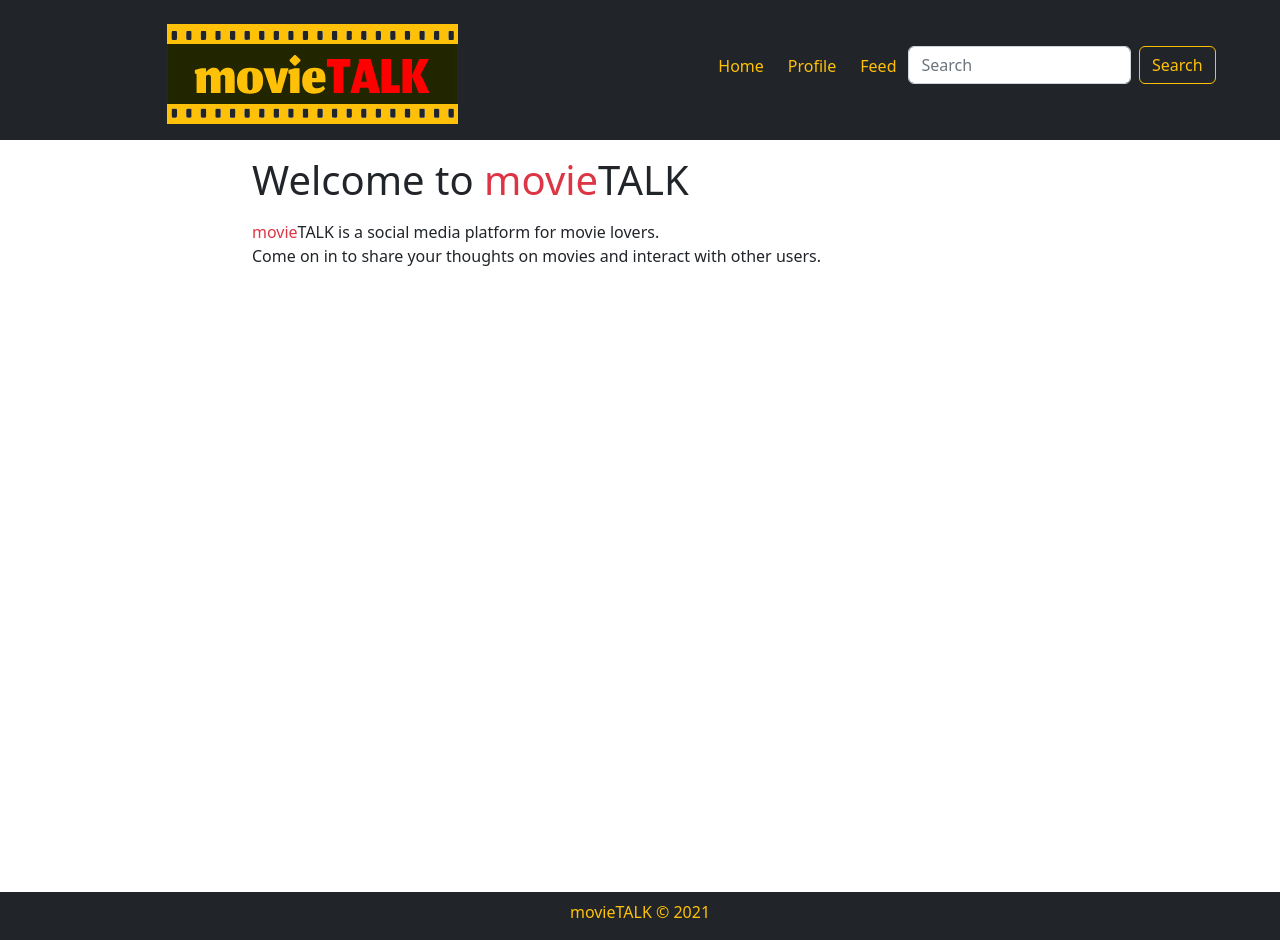
Repository: runeunhjem/css-frameworks-ca
Page: profile/index.html
An editor plug-in stored every save of this project. The page is shown before and after the next save, followed by the edit.
The browser window is 1280 px wide. The pictures show the whole page.
The style sheet was rebuilt from its Sass, Less or Tailwind sources for each picture, by a compiler version that may differ from the author's.

Above is the page before, as saved 2023-08-28 16:00:24.

### profile/index.html
<!DOCTYPE html>
<html lang="en">
<head>
  <meta charset="UTF-8">
  <meta name="viewport" content="width=device-width, initial-scale=1.0">
  <link rel="stylesheet" href="../dist/css/index.css">
  <script src="../js/bootstrap.bundle.min.js" type="module"></script>
  <!-- <script src="js/main.js"></script> -->
  <title>movieTALK | Home</title>
</head>
<body>
<header>
  <nav class="navbar navbar-expand-md pt-4 bg-dark align-items-center">
    <a class="navbar-brand header-logo mb-2" href="../index.html" alt="movieTALK Logo"><span class="visually-hidden">Home</span></a>
    <div class="container-fluid d-flex align-items-start justify-content-center max-width-800 ">
      <div class="row  max-width-800 align-items-center">
        <div class="col-4 justify-content-around col-sm-4 col-md-6 m-1">
          <button class="btn-outline-warning navbar-toggler bg-warning mb-2 me-3" type="button" data-bs-toggle="collapse" data-bs-target="#navbarSupportedContent" aria-controls="navbarSupportedContent" aria-expanded="false" aria-label="Toggle navigation">
            <span class="navbar-toggler-icon"></span>
          </button>
          <div class="collapse navbar-collapse text-primary" id="navbarSupportedContent">
            <ul class="navbar-nav mb-lg-2">
              <li class="nav-item me-2">
                <a class="nav-link text-warning active rounded-2 ps-2" aria-current="page" href="../index.html">Home</a>
              </li>
              <li class="nav-item me-2">
                <a class="nav-link text-warning rounded-2 ps-2" href="index.html">Profile</a>
              </li>
              <li class="nav-item mb-3">
                <a class="nav-link text-warning rounded-2 ps-2" href="../feed/index.html">Feed</a>
              </li>
            </ul>
          </div>
        </div>
      </div>
        <div class="col-8 col-sm-8 col-md-6 d-flex align-items-start justify-content-end">
          <form class="d-flex mt-1" role="search">
            <input class="form-control me-2 max-width-300" type="search" placeholder="Search" aria-label="Search">
            <button class="btn btn-outline-warning" type="submit">Search</button>
          </form>
      </div>
    </div>
    </div>
  </nav>
</header>
<main class="vh-100 mt-3 max-width-800 mx-auto">
  <div class="container">
    <div class="row d-flex justify-content-center">
      <div class="col">
        <h1>Welcome to <span class="text-danger">movie</span>TALK</h1>
        <p class="mt-3 mb-0"><span class="text-danger">movie</span>TALK is a social media platform for movie lovers.</p>
        <p class="mt-0">Come on in to share your thoughts on movies and interact with other users.</p>
      </div>
    </div>
  </div>
</main>
<footer mt-3>
  <div class="container-fluid bg-dark mt-3">
    <div class="row">
      <div class="col">
        <p class="text-center text-warning mt-2">movieTALK &copy; 2021</p>
      </div>
    </div>
  </div>
</footer>
</body>
</html>

### src/scss/index.scss
@import "variables";
@import "../../node_modules/bootstrap/scss/bootstrap";
@import "navbar";

.header-logo {
  background-image: url("../../img/logo-yellow.svg");
  background-size: contain;
  background-repeat: no-repeat;
  background-position: center;
  width: 100%;
  height: 100px;
}

.max-width-800 {
  max-width: 800px;
}
.max-width-300 {
  max-width: 300px;
}

// .navbar-collapse.show {
//   background-color: #ffc107;
// }
// .navbar-nav {
//   .nav-link-hover {
//     &:hover {
//       color:#ffc107;
//       background-color: #ff3c3c;
//       a {
//       }
//     }
//   // background-color: #fdcd2d;
//   }
// }

.nav-link {
  // width: 100%;
  // text-indent: 6px;
  &:hover {
    // transition: all 0.3s ease-in-out;
    // padding: 0px 12px;
    background-color: #ffc107;
    color: #886f3a !important;
    border-radius: 8px;
    // text-indent: 4px;
    // background-color: #ffc107;
    // border: 1px solid #ffc107;
    // background-color: #5c4141;
    // margin: 0px;
    // a {
      //   color: #fff;
      // }
  }
  // a.nav-link {
  //   // width: 60px;
  //   // color: #ffc107;
  // }
  .active {
    color: #b84545;
  }
}

  // .navbar-collapse {
  //   width: 100px;
  //   // color: #ff07ea !important;
  //   // background-color: #b84545;
  // }

### src/scss/_variables.scss
// Variables
//
// Variables should follow the `$component-state-property-size` formula for
// consistent naming. Ex: $nav-link-disabled-color and $modal-content-box-shadow-xs.

// Color system

// scss-docs-start gray-color-variables
$white:    #fff;
$gray-100: #f8f9fa;
$gray-200: #e9ecef;
$gray-300: #dee2e6;
$gray-400: #ced4da;
$gray-500: #adb5bd;
$gray-600: #6c757d;
$gray-700: #495057;
$gray-800: #343a40;
$gray-900: #212529;
$black:    #000;
// scss-docs-end gray-color-variables

// fusv-disable
// scss-docs-start gray-colors-map
$grays: (
  "100": $gray-100,
  "200": $gray-200,
  "300": $gray-300,
  "400": $gray-400,
  "500": $gray-500,
  "600": $gray-600,
  "700": $gray-700,
  "800": $gray-800,
  "900": $gray-900
);
// scss-docs-end gray-colors-map
// fusv-enable

// scss-docs-start color-variables
$blue:    #0d6efd;
$indigo:  #6610f2;
$purple:  #6f42c1;
$pink:    #d63384;
$red:     #dc3545;
$orange:  #fd7e14;
$yellow:  #ffc107;
$green:   #198754;
$teal:    #20c997;
$cyan:    #0dcaf0;
// scss-docs-end color-variables

// scss-docs-start colors-map
$colors: (
  "blue":       $blue,
  "indigo":     $indigo,
  "purple":     $purple,
  "pink":       $pink,
  "red":        $red,
  "orange":     $orange,
  "yellow":     $yellow,
  "green":      $green,
  "teal":       $teal,
  "cyan":       $cyan,
  "black":      $black,
  "white":      $white,
  "gray":       $gray-600,
  "gray-dark":  $gray-800
);
// scss-docs-end colors-map

// The contrast ratio to reach against white, to determine if color changes from "light" to "dark". Acceptable values for WCAG 2.0 are 3, 4.5 and 7.
// See https://www.w3.org/TR/WCAG20/#visual-audio-contrast-contrast
$min-contrast-ratio:   4.5;

// Customize the light and dark text colors for use in our color contrast function.
$color-contrast-dark:      $black;
$color-contrast-light:     $white;

### src/scss/_navbar.scss
// // Navbar
// //
// // Provide a static navbar from which we expand to create full-width, fixed, and
// // other navbar variations.

// .navbar {
//   // scss-docs-start navbar-css-vars
//   --#{$prefix}navbar-padding-x: #{if($navbar-padding-x == null, 0, $navbar-padding-x)};
//   --#{$prefix}navbar-padding-y: #{$navbar-padding-y};
//   --#{$prefix}navbar-color: #{$navbar-light-color};
//   --#{$prefix}navbar-hover-color: #{$navbar-light-hover-color};
//   --#{$prefix}navbar-disabled-color: #{$navbar-light-disabled-color};
//   --#{$prefix}navbar-active-color: #{$navbar-light-active-color};
//   --#{$prefix}navbar-brand-padding-y: #{$navbar-brand-padding-y};
//   --#{$prefix}navbar-brand-margin-end: #{$navbar-brand-margin-end};
//   --#{$prefix}navbar-brand-font-size: #{$navbar-brand-font-size};
//   --#{$prefix}navbar-brand-color: #{$navbar-light-brand-color};
//   --#{$prefix}navbar-brand-hover-color: #{$navbar-light-brand-hover-color};
//   --#{$prefix}navbar-nav-link-padding-x: #{$navbar-nav-link-padding-x};
//   --#{$prefix}navbar-toggler-padding-y: #{$navbar-toggler-padding-y};
//   --#{$prefix}navbar-toggler-padding-x: #{$navbar-toggler-padding-x};
//   --#{$prefix}navbar-toggler-font-size: #{$navbar-toggler-font-size};
//   --#{$prefix}navbar-toggler-icon-bg: #{escape-svg($navbar-light-toggler-icon-bg)};
//   --#{$prefix}navbar-toggler-border-color: #{$navbar-light-toggler-border-color};
//   --#{$prefix}navbar-toggler-border-radius: #{$navbar-toggler-border-radius};
//   --#{$prefix}navbar-toggler-focus-width: #{$navbar-toggler-focus-width};
//   --#{$prefix}navbar-toggler-transition: #{$navbar-toggler-transition};
//   // scss-docs-end navbar-css-vars

//   position: relative;
//   display: flex;
//   flex-wrap: wrap; // allow us to do the line break for collapsing content
//   align-items: center;
//   justify-content: space-between; // space out brand from logo
//   padding: var(--#{$prefix}navbar-padding-y) var(--#{$prefix}navbar-padding-x);
//   @include gradient-bg();

//   // Because flex properties aren't inherited, we need to redeclare these first
//   // few properties so that content nested within behave properly.
//   // The `flex-wrap` property is inherited to simplify the expanded navbars
//   %container-flex-properties {
//     display: flex;
//     flex-wrap: inherit;
//     align-items: center;
//     justify-content: space-between;
//   }

//   > .container,
//   > .container-fluid {
//     @extend %container-flex-properties;
//   }

//   @each $breakpoint, $container-max-width in $container-max-widths {
//     > .container#{breakpoint-infix($breakpoint, $container-max-widths)} {
//       @extend %container-flex-properties;
//     }
//   }
// }


// // Navbar brand
// //
// // Used for brand, project, or site names.

// .navbar-brand {
//   padding-top: var(--#{$prefix}navbar-brand-padding-y);
//   padding-bottom: var(--#{$prefix}navbar-brand-padding-y);
//   margin-right: var(--#{$prefix}navbar-brand-margin-end);
//   @include font-size(var(--#{$prefix}navbar-brand-font-size));
//   color: var(--#{$prefix}navbar-brand-color);
//   text-decoration: if($link-decoration == none, null, none);
//   white-space: nowrap;

//   &:hover,
//   &:focus {
//     color: var(--#{$prefix}navbar-brand-hover-color);
//     text-decoration: if($link-hover-decoration == underline, none, null);
//   }
// }


// Navbar nav
//
// Custom navbar navigation (doesn't require `.nav`, but does make use of `.nav-link`).

.navbar-nav {
  // scss-docs-start navbar-nav-css-vars
  --#{$prefix}nav-link-padding-x: 0;
  --#{$prefix}nav-link-padding-y: #{$nav-link-padding-y};
  @include rfs($nav-link-font-size, --#{$prefix}nav-link-font-size);
  --#{$prefix}nav-link-font-weight: #{$nav-link-font-weight};
  --#{$prefix}nav-link-color: var(--#{$prefix}navbar-color);
  --#{$prefix}nav-link-hover-color: var(--#{$prefix}navbar-hover-color);
  --#{$prefix}nav-link-disabled-color: var(--#{$prefix}navbar-disabled-color);
  // scss-docs-end navbar-nav-css-vars

  display: flex;
  flex-direction: column; // cannot use `inherit` to get the `.navbar`s value
  padding-left: 0;
  margin-bottom: 0;
  list-style: none;

  .show > .nav-link,
  .nav-link.active {
    color: var(--#{$prefix}navbar-active-color);
  }

  .dropdown-menu {
    position: static;
  }
}


// Navbar text
//
//

.navbar-text {
  padding-top: $nav-link-padding-y;
  padding-bottom: $nav-link-padding-y;
  color: var(--#{$prefix}navbar-color);

  a,
  a:hover,
  a:focus  {
    color: var(--#{$prefix}navbar-active-color);
  }
}


// Responsive navbar
//
// Custom styles for responsive collapsing and toggling of navbar contents.
// Powered by the collapse Bootstrap JavaScript plugin.

// When collapsed, prevent the toggleable navbar contents from appearing in
// the default flexbox row orientation. Requires the use of `flex-wrap: wrap`
// on the `.navbar` parent.
.navbar-collapse {
  flex-basis: 100%;
  flex-grow: 1;
  // For always expanded or extra full navbars, ensure content aligns itself
  // properly vertically. Can be easily overridden with flex utilities.
  align-items: center;
}

// Button for toggling the navbar when in its collapsed state
.navbar-toggler {
  padding: var(--#{$prefix}navbar-toggler-padding-y) var(--#{$prefix}navbar-toggler-padding-x);
  @include font-size(var(--#{$prefix}navbar-toggler-font-size));
  line-height: 1;
  color: var(--#{$prefix}navbar-color);
  background-color: transparent; // remove default button style
  border: var(--#{$prefix}border-width) solid var(--#{$prefix}navbar-toggler-border-color); // remove default button style
  @include border-radius(var(--#{$prefix}navbar-toggler-border-radius));
  @include transition(var(--#{$prefix}navbar-toggler-transition));

  &:hover {
    text-decoration: none;
  }

  &:focus {
    text-decoration: none;
    background-color: $yellow;
    outline: 0;
    box-shadow: 0 0 0 var(--#{$prefix}navbar-toggler-focus-width);
  }
}

// Keep as a separate element so folks can easily override it with another icon
// or image file as needed.
.navbar-toggler-icon {
  display: inline-block;
  width: 1.5em;
  height: 1.5em;
  vertical-align: middle;
  background-image: var(--#{$prefix}navbar-toggler-icon-bg);
  background-repeat: no-repeat;
  background-position: center;
  background-size: 100%;
}

.navbar-nav-scroll {
  max-height: var(--#{$prefix}scroll-height, 75vh);
  overflow-y: auto;
}

// scss-docs-start navbar-expand-loop
// Generate series of `.navbar-expand-*` responsive classes for configuring
// where your navbar collapses.
.navbar-expand {
  @each $breakpoint in map-keys($grid-breakpoints) {
    $next: breakpoint-next($breakpoint, $grid-breakpoints);
    $infix: breakpoint-infix($next, $grid-breakpoints);

    // stylelint-disable-next-line scss/selector-no-union-class-name
    &#{$infix} {
      @include media-breakpoint-up($next) {
        flex-wrap: nowrap;
        justify-content: flex-start;

        .navbar-nav {
          flex-direction: row;

          .dropdown-menu {
            position: absolute;
          }

          .nav-link {
            padding-right: var(--#{$prefix}navbar-nav-link-padding-x);
            padding-left: var(--#{$prefix}navbar-nav-link-padding-x);
          }
        }

        .navbar-nav-scroll {
          overflow: visible;
        }

        .navbar-collapse {
          display: flex !important; // stylelint-disable-line declaration-no-important
          flex-basis: auto;
        }

        .navbar-toggler {
          display: none;
        }

        .offcanvas {
          // stylelint-disable declaration-no-important
          position: static;
          z-index: auto;
          flex-grow: 1;
          width: auto !important;
          height: auto !important;
          visibility: visible !important;
          background-color: transparent !important;
          border: 0 !important;
          transform: none !important;
          @include box-shadow(none);
          @include transition(none);
          // stylelint-enable declaration-no-important

          .offcanvas-header {
            display: none;
          }

          .offcanvas-body {
            display: flex;
            flex-grow: 0;
            padding: 0;
            overflow-y: visible;
          }
        }
      }
    }
  }
}
// scss-docs-end navbar-expand-loop

// Navbar themes
//
// Styles for switching between navbars with light or dark background.

.navbar-light {
  @include deprecate("`.navbar-light`", "v5.2.0", "v6.0.0", true);
}

.navbar-dark {
  --#{$prefix}navbar-color: #{$navbar-dark-color};
  --#{$prefix}navbar-hover-color: #{$navbar-dark-hover-color};
  --#{$prefix}navbar-disabled-color: #{$navbar-dark-disabled-color};
  --#{$prefix}navbar-active-color: #{$navbar-dark-active-color};
  --#{$prefix}navbar-brand-color: #{$navbar-dark-brand-color};
  --#{$prefix}navbar-brand-hover-color: #{$navbar-dark-brand-hover-color};
  --#{$prefix}navbar-toggler-border-color: #{$navbar-dark-toggler-border-color};
  --#{$prefix}navbar-toggler-icon-bg: #{escape-svg($navbar-dark-toggler-icon-bg)};
}

Loaded but not shown: js/bootstrap.bundle.min.js (library)

After the next save:
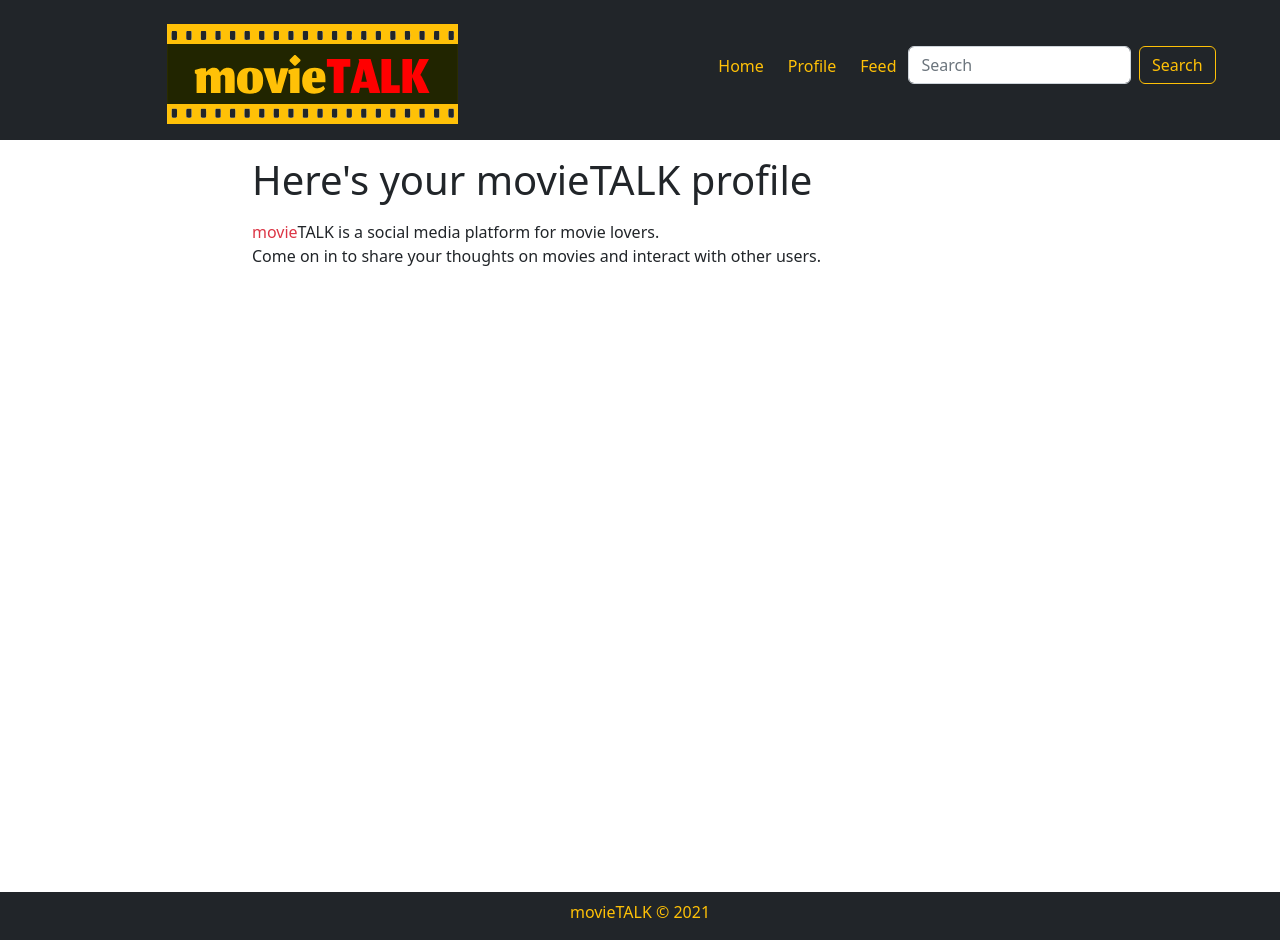
Saved 22 s later.
--- a/profile/index.html
+++ b/profile/index.html
@@ -47,7 +47,7 @@
   <div class="container">
     <div class="row d-flex justify-content-center">
       <div class="col">
-        <h1>Welcome to <span class="text-danger">movie</span>TALK</h1>
+        <h1>Here's your movieTALK profile</span></h1>
         <p class="mt-3 mb-0"><span class="text-danger">movie</span>TALK is a social media platform for movie lovers.</p>
         <p class="mt-0">Come on in to share your thoughts on movies and interact with other users.</p>
       </div>
